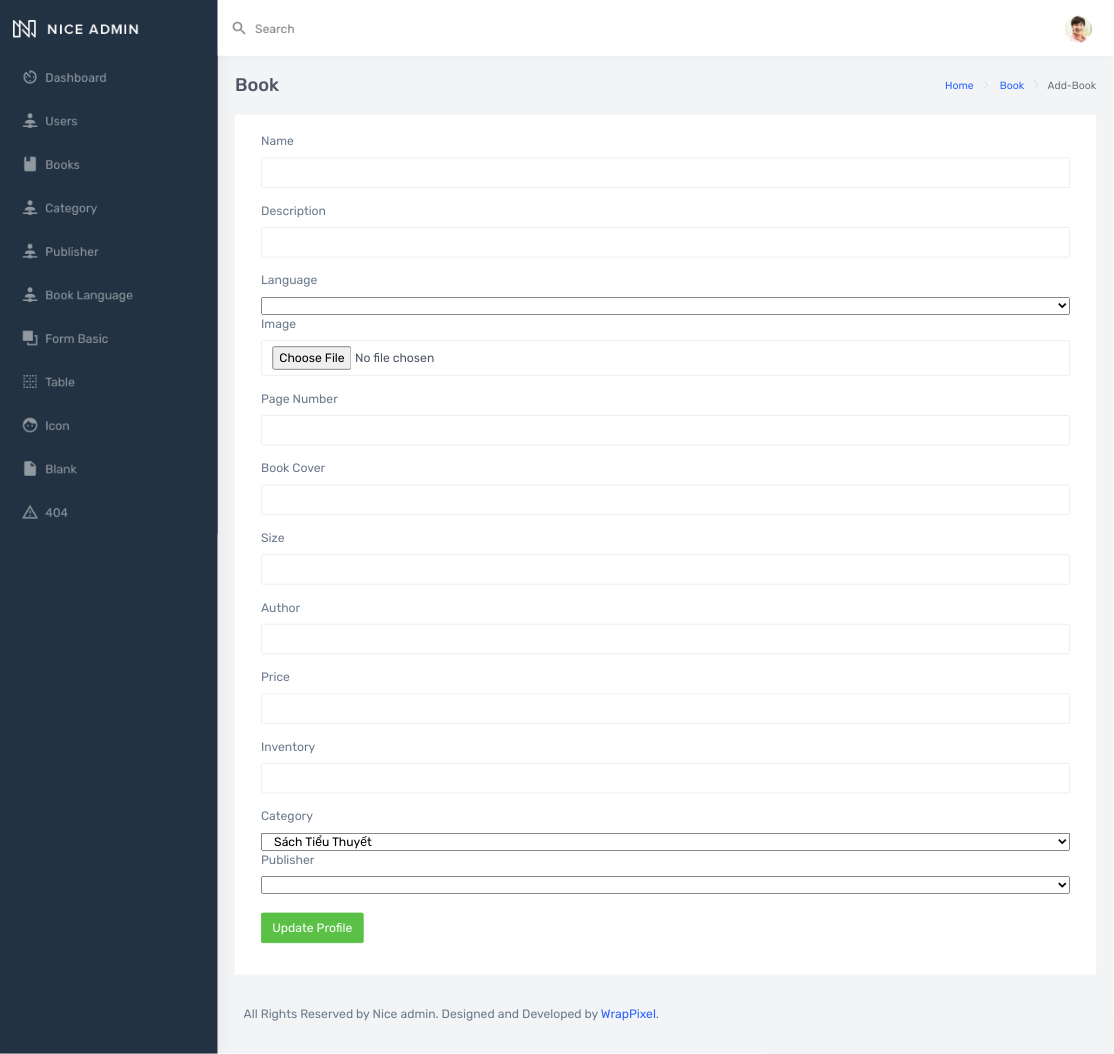
Repository: dev1xc/library-management-system
Page: http://localhost/admin/add-book
The author's editor kept a copy of each file at every save. The page is drawn from the files as they stood at one save, then again after the next save.
The browser window is 1280 px wide. The pictures show the whole page, at 87% of full size.
Some web fonts or font styles are not loaded; a fallback is used. The page is served by the project's Laravel application, run on PHP 8.4 with Laravel 10. The first stored user is signed in. Other server files are loaded and not shown. The database holds what the project's SQL file puts in it. Queries for data that is not in the repository find no rows.

Above is the page before, as saved 2024-02-08 03:08:10.
Console error: TypeError: Cannot read properties of null (reading 'querySelector')

### routes/web.php
<?php

use App\Http\Controllers\admin\BookController;
use App\Http\Controllers\admin\BookLanguageController;
use App\Http\Controllers\admin\CategoryController;
use App\Http\Controllers\admin\ProfileController;
use App\Http\Controllers\admin\PublisherController;
use App\Http\Controllers\admin\UserController;
use Illuminate\Support\Facades\Auth;
use Illuminate\Support\Facades\Route;

/*
|--------------------------------------------------------------------------
| Web Routes
|--------------------------------------------------------------------------
|
| Here is where you can register web routes for your application. These
| routes are loaded by the RouteServiceProvider and all of them will
| be assigned to the "web" middleware group. Make something great!
|
*/

Route::get('/', function () {
  return view('welcome');
});
Auth::routes();
Route::get('/home', [App\Http\Controllers\HomeController::class, 'index'])->name('home');
Route::get('logout', '\App\Http\Controllers\Auth\LoginController@logout');
Route::get('/admin/home', function () {
  return view('admin.functions.dashboard');
});
Route::get('/admin/dashboard', function () {
  return view('admin.functions.dashboard');
});
Route::prefix('admin')->group(function () {
  Route::get('category', [CategoryController::class, 'index']);
  Route::get('add-category', [CategoryController::class, 'add']);
  Route::post('add-category', [CategoryController::class, 'create']);
  Route::get('edit-category/{id}', [CategoryController::class, 'edit']);
  Route::post('edit-category/{id}', [CategoryController::class, 'update']);
  Route::get('delete-category/{id}', [CategoryController::class, 'delete']);
});
Route::prefix('admin')->group(function () {
  Route::get('profile', [ProfileController::class, 'index']);
  Route::post('profile', [ProfileController::class, 'edit']);
});
Route::prefix('admin')->group(function () {
  Route::get('user', [UserController::class, 'index']);
  Route::get('add-user', [UserController::class, 'add']);
  Route::post('add-user', [UserController::class, 'create']);
  Route::get('edit-user/{id}', [UserController::class, 'edit']);
  Route::post('edit-user/{id}', [UserController::class, 'update']);
  Route::get('delete-user/{id}', [UserController::class, 'delete']);
});
Route::prefix('admin')->group(function () {
  Route::get('book', [BookController::class, 'index']);
  Route::get('add-book', [BookController::class, 'add']);
  Route::post('add-book', [BookController::class, 'create']);
  Route::get('edit-book/{id}', [BookController::class, 'edit']);
  Route::post('edit-book/{id}', [BookController::class, 'update']);
  Route::get('delete-book/{id}', [BookController::class, 'delete']);
});
Route::prefix('admin')->group(function () {
  Route::get('publisher', [PublisherController::class, 'index']);
  Route::get('add-publisher', [PublisherController::class, 'add']);
  Route::post('add-publisher', [PublisherController::class, 'create']);
  Route::get('edit-publisher/{id}', [PublisherController::class, 'edit']);
  Route::post('edit-publisher/{id}', [PublisherController::class, 'update']);
  Route::get('delete-publisher/{id}', [PublisherController::class, 'delete']);
});
Route::prefix('admin')->group(function () {
  Route::get('book-language', [BookLanguageController::class, 'index']);
  Route::get('add-book-language', [BookLanguageController::class, 'add']);
  Route::post('add-book-language', [BookLanguageController::class, 'create']);
  Route::get('edit-book-language/{id}', [BookLanguageController::class, 'edit']);
  Route::post('edit-book-language/{id}', [BookLanguageController::class, 'update']);
  Route::get('delete-book-language/{id}', [BookLanguageController::class, 'delete']);
});

### app/Models/User.php
<?php

namespace App\Models;

// use Illuminate\Contracts\Auth\MustVerifyEmail;
use Illuminate\Database\Eloquent\Factories\HasFactory;
use Illuminate\Foundation\Auth\User as Authenticatable;
use Illuminate\Notifications\Notifiable;
use Laravel\Sanctum\HasApiTokens;

class User extends Authenticatable
{
  public $table = 'users';
  use HasApiTokens, HasFactory, Notifiable;

  /**
   * The attributes that are mass assignable.
   *
   * @var array<int, string>
   */
  protected $fillable = [
    'name',
    'email',
    'password',
    'phone',
    'gender',
    'country',
    'image',
    'level',
  ];

  /**
   * The attributes that should be hidden for serialization.
   *
   * @var array<int, string>
   */
  protected $hidden = [
    'password',
    'remember_token',
  ];

  /**
   * The attributes that should be cast.
   *
   * @var array<string, string>
   */
  protected $casts = [
    'email_verified_at' => 'datetime',
    'password' => 'hashed',
  ];
}

### app/Http/Controllers/admin/BookController.php
<?php

namespace App\Http\Controllers\admin;

use App\Http\Controllers\Controller;
use App\Models\Book;
use App\Models\BookLanguage;
use App\Models\Category;
use App\Models\Publisher;
use Illuminate\Http\Request;

class BookController extends Controller
{
  //
  public function __construct()
  {
    $this->middleware("auth");
  }
  public function index()
  {
    $data = Book::paginate(5);
    $dataCategory = Category::all();
    $dataPublisher = Publisher::all();
    return view("admin.functions.book.index", compact("data", "dataCategory", 'dataPublisher'));
  }
  public function add()
  {
    $dataCategory = Category::all();
    $dataPublisher = Publisher::all();
    $dataLanguage = BookLanguage::all();
    return view("admin.functions.book.add", compact("dataCategory", "dataPublisher","dataLanguage"));
  }
  public function create(Request $request)
  {
    $data = $request->all();
    $file = $request->image;
    if (!empty($file)) {
      $data['image'] = $file->getClientOriginalName();
    }
    if (Book::create($data)) {
      if (!empty($file)) {
        $file->move('upload/book/image', $file->getClientOriginalName());
      }
      return redirect('/admin/book')->with('success', 'Thanh Cong');
    } else {
      return back()->with("error", "Error");
    }
  }
  public function edit($id)
  {
    $data = Book::findOrFail($id);
    $dataCategory = Category::all();
    $dataPublisher = Publisher::all();
    $dataLanguage = BookLanguage::all();
    return view("admin.functions.book.edit", compact("data", "dataCategory", "dataPublisher","dataLanguage"));
  }
  public function update(Request $request, $id)
  {
    $data = $request->all();
    Book::findOrFail($id)->update($data);
    return back();
  }
  public function delete($id)
  {
    Book::findOrFail($id)->delete();
    return back();
  }
}

### app/Models/Category.php
<?php

namespace App\Models;

use Illuminate\Database\Eloquent\Factories\HasFactory;
use Illuminate\Database\Eloquent\Model;

class Category extends Model
{
  public $table = 'categories';
  use HasFactory;
  protected $fillable = [
    'name', 'description'
  ];
}

### app/Models/Publisher.php
<?php

namespace App\Models;

use Illuminate\Database\Eloquent\Factories\HasFactory;
use Illuminate\Database\Eloquent\Model;

class Publisher extends Model
{
  public $table = 'publishers';
  use HasFactory;
  protected $fillable = [
    'name', 'description'
  ];
}

### app/Models/BookLanguage.php
<?php

namespace App\Models;

use Illuminate\Database\Eloquent\Factories\HasFactory;
use Illuminate\Database\Eloquent\Model;

class BookLanguage extends Model
{
  public $table = "book_languages";
  use HasFactory;
  protected $fillable = [
    "name","description",
  ];
}

### resources/views/admin/functions/book/add.blade.php
@extends('admin.layouts.main')
@section('content')
  @if ($errors->any())
    <div style="color: red">
      <ul>
        @foreach ($errors->all() as $error)
          <li>{{ $error }}</li>
        @endforeach
      </ul>
    </div>
  @endif
  <div class="page-breadcrumb">
    <div class="row">
      <div class="col-5 align-self-center">
        <h4 class="page-title">Book</h4>
      </div>
      <div class="col-7 align-self-center">
        <div class="d-flex align-items-center justify-content-end">
          <nav aria-label="breadcrumb">
            <ol class="breadcrumb">
              <li class="breadcrumb-item">
                <a href="/admin/home">Home</a>
              </li>
              <li class="breadcrumb-item">
                <a href="/admin/book">Book</a>
              </li>
              <li class="breadcrumb-item active" aria-current="page">Add-Book</li>
            </ol>
          </nav>
        </div>
      </div>
    </div>
  </div>
  <!-- ============================================================== -->
  <!-- End Bread crumb and right sidebar toggle -->
  <!-- ============================================================== -->
  <!-- ============================================================== -->
  <!-- Container fluid  -->
  <!-- ============================================================== -->
  <div class="container-fluid">
    <!-- ============================================================== -->
    <!-- Start Page Content -->
    <!-- ============================================================== -->
    <!-- Row -->
    <div class="row">
      <!-- Column -->
      <!-- Column -->
      <!-- Column -->
      <div class="col-lg-12 col-xlg-9 col-md-7">
        <div class="card">
          <div class="card-body">
            <form class="form-horizontal form-material" method="post" enctype="multipart/form-data">
              @csrf
              <div class="form-group">
                <label class="col-md-12">Name</label>
                <div class="col-md-12">
                  <input type="text" value="" class="form-control form-control-line" name="name">
                </div>
              </div>
              <div class="form-group">
                <label for="example-email" class="col-md-12">Description</label>
                <div class="col-md-12">
                  <input type="text" value="" class="form-control form-control-line" name="description"
                    id="example-email">
                </div>
              </div>
              <div class="form-group">
                <label for="country" class="col-md-12">Language</label>
                <div class="col-md-12">
                  <select name="id_category" id="Category" class="col-12">
                    @foreach ($dataLanguage as $c)
                      <option value="{{ $c->id }}">{{ $c->name }}</option>
                    @endforeach
                  </select>
                </div>
              <div class="form-group">
                <label for="example-email" class="col-md-12">Image</label>
                <div class="col-md-12">
                  <input type="file" value="" class="form-control form-control-line" name="image"
                    id="example-email">
                </div>
              </div>
              <div class="form-group">
                <label for="example-email" class="col-md-12">Page Number</label>
                <div class="col-md-12">
                  <input type="text" value="" class="form-control form-control-line" name="page"
                    id="example-email">
                </div>
              </div>
              <div class="form-group">
                <label for="example-email" class="col-md-12">Book Cover</label>
                <div class="col-md-12">
                  <input type="text" value="" class="form-control form-control-line" name="book_cover"
                    id="example-email">
                </div>
              </div>
              <div class="form-group">
                <label for="example-email" class="col-md-12">Size</label>
                <div class="col-md-12">
                  <input type="text" value="" class="form-control form-control-line" name="size"
                    id="example-email">
                </div>
              </div>

              <div class="form-group">
                <label for="password" class="col-md-12">Author</label>
                <div class="col-md-12">
                  <input type="text" value="" class="form-control form-control-line" name="author"
                    id="password">
                </div>
              </div>
              <div class="form-group">
                <label for="phone" class="col-md-12">Price</label>
                <div class="col-md-12">
                  <input type="text" value="" class="form-control form-control-line" name="price"
                    id="phone">
                </div>
              </div>
              <div class="form-group">
                <label for="phone" class="col-md-12">Inventory</label>
                <div class="col-md-12">
                  <input type="text" value="" class="form-control form-control-line" name="inventory"
                    id="phone">
                </div>
              </div>
              <div class="form-group">
                <label for="country" class="col-md-12">Category</label>
                <div class="col-md-12">
                  <select name="id_category" id="Category" class="col-12">
                    @foreach ($dataCategory as $c)
                      <option value="{{ $c->id }}">{{ $c->title }}</option>
                    @endforeach
                  </select>
                </div>
                <div class="form-group">
                  <label for="country" class="col-md-12">Publisher</label>
                  <div class="col-md-12">
                    <select name="id_publisher" id="Category" class="col-12">
                      @foreach ($dataPublisher as $c)
                        <option value="{{ $c->id }}">{{ $c->name }}</option>
                      @endforeach
                    </select>
                  </div>
                  <br>
                  <div class="form-group">
                    <div class="col-sm-12">
                      <button class="btn btn-success" type="submit">Update Profile</button>
                    </div>
                  </div>

            </form>
          </div>
        </div>
      </div>
      <!-- Column -->
    </div>
    <!-- Row -->
    <!-- ============================================================== -->
    <!-- End PAge Content -->
    <!-- ============================================================== -->
    <!-- ============================================================== -->
    <!-- Right sidebar -->
    <!-- ============================================================== -->
    <!-- .right-sidebar -->
    <!-- ============================================================== -->
    <!-- End Right sidebar -->
    <!-- ============================================================== -->
  </div>
@endsection

### resources/views/admin/layouts/left-sidebar.blade.php
<aside class="left-sidebar" data-sidebarbg="skin5">
    <!-- Sidebar scroll-->
    <div class="scroll-sidebar">
        <!-- Sidebar navigation-->
        <nav class="sidebar-nav">
            <ul id="sidebarnav">
                <li class="sidebar-item">
                    <a class="sidebar-link waves-effect waves-dark sidebar-link" href="/admin/dashboard" aria-expanded="false">
                        <i class="mdi mdi-av-timer"></i>
                        <span class="hide-menu">Dashboard</span>
                    </a>
                </li>
                <li class="sidebar-item">
                    <a class="sidebar-link waves-effect waves-dark sidebar-link" href="/admin/user" aria-expanded="false">
                        <i class="mdi mdi-account-network"></i>
                        <span class="hide-menu">Users</span>
                    </a>
                </li>
                <li class="sidebar-item">
                    <a class="sidebar-link waves-effect waves-dark sidebar-link" href="/admin/book" aria-expanded="false">
                        <i class="mdi mdi-book"></i>
                        <span class="hide-menu">Books</span>
                    </a>
                </li>
                <li class="sidebar-item">
                    <a class="sidebar-link waves-effect waves-dark sidebar-link" href="/admin/category" aria-expanded="false">
                        <i class="mdi mdi-account-network"></i>
                        <span class="hide-menu">Category</span>
                    </a>
                </li>
                <li class="sidebar-item">
                    <a class="sidebar-link waves-effect waves-dark sidebar-link" href="/admin/publisher" aria-expanded="false">
                        <i class="mdi mdi-account-network"></i>
                        <span class="hide-menu">Publisher</span>
                    </a>
                </li>
                <li class="sidebar-item">
                    <a class="sidebar-link waves-effect waves-dark sidebar-link" href="/admin/book-language" aria-expanded="false">
                        <i class="mdi mdi-account-network"></i>
                        <span class="hide-menu">Book Language</span>
                    </a>
                </li>
                 <li class="sidebar-item">
                    <a class="sidebar-link waves-effect waves-dark sidebar-link" href="form-basic.html" aria-expanded="false">
                        <i class="mdi mdi-arrange-bring-forward"></i>
                        <span class="hide-menu">Form Basic</span>
                    </a>
                </li>
                <li class="sidebar-item">
                    <a class="sidebar-link waves-effect waves-dark sidebar-link" href="table-basic.html" aria-expanded="false">
                        <i class="mdi mdi-border-none"></i>
                        <span class="hide-menu">Table</span>
                    </a>
                </li>
                <li class="sidebar-item">
                    <a class="sidebar-link waves-effect waves-dark sidebar-link" href="icon-material.html" aria-expanded="false">
                        <i class="mdi mdi-face"></i>
                        <span class="hide-menu">Icon</span>
                    </a>
                </li>
                <li class="sidebar-item">
                    <a class="sidebar-link waves-effect waves-dark sidebar-link" href="starter-kit.html" aria-expanded="false">
                        <i class="mdi mdi-file"></i>
                        <span class="hide-menu">Blank</span>
                    </a>
                </li>
                <li class="sidebar-item">
                    <a class="sidebar-link waves-effect waves-dark sidebar-link" href="error-404.html" aria-expanded="false">
                        <i class="mdi mdi-alert-outline"></i>
                        <span class="hide-menu">404</span>
                    </a>
                </li>
            </ul>
        </nav>
        <!-- End Sidebar navigation -->
    </div>
    <!-- End Sidebar scroll-->
</aside>

### resources/views/admin/layouts/footer.blade.php
<footer class="footer text-center">
    All Rights Reserved by Nice admin. Designed and Developed by
    <a href="https://wrappixel.com">WrapPixel</a>.
</footer>

### library-management.sql (the tables this page reads)
CREATE TABLE `categories` (
  `id` bigint(20) UNSIGNED NOT NULL,
  `title` varchar(255) DEFAULT NULL,
  `description` text DEFAULT NULL,
  `created_at` timestamp NULL DEFAULT NULL,
  `updated_at` timestamp NULL DEFAULT NULL
) ENGINE=InnoDB DEFAULT CHARSET=utf8mb4 COLLATE=utf8mb4_unicode_ci;

INSERT INTO `categories` (`id`, `title`, `description`, `created_at`, `updated_at`) VALUES
(13, 'Sách Tiểu Thuyết', 'Tiểu Thuyết v..v', '2024-02-07 08:00:49', '2024-02-07 08:00:49'),
(14, 'Sách Tin Học', 'Sách Tin Học', '2024-02-07 08:01:00', '2024-02-07 08:01:00');

ALTER TABLE `categories`
  ADD PRIMARY KEY (`id`);

ALTER TABLE `categories`
  MODIFY `id` bigint(20) UNSIGNED NOT NULL AUTO_INCREMENT, AUTO_INCREMENT=15;

CREATE TABLE `users` (
  `id` bigint(20) UNSIGNED NOT NULL,
  `name` varchar(255) NOT NULL,
  `phone` varchar(255) DEFAULT NULL,
  `email` varchar(255) NOT NULL,
  `country` varchar(255) DEFAULT NULL,
  `gender` varchar(255) DEFAULT NULL,
  `email_verified_at` timestamp NULL DEFAULT NULL,
  `password` varchar(255) NOT NULL,
  `image` varchar(255) DEFAULT NULL,
  `remember_token` varchar(100) DEFAULT NULL,
  `created_at` timestamp NULL DEFAULT NULL,
  `updated_at` timestamp NULL DEFAULT NULL,
  `level` int(11) NOT NULL DEFAULT 0
) ENGINE=InnoDB DEFAULT CHARSET=utf8mb4 COLLATE=utf8mb4_unicode_ci;

INSERT INTO `users` (`id`, `name`, `phone`, `email`, `country`, `gender`, `email_verified_at`, `password`, `image`, `remember_token`, `created_at`, `updated_at`, `level`) VALUES
(1, 'Trương Nguyễn Thanh Lâm', '0904403743', 'admin@gmail.com', 'Da Nang', 'nu', NULL, '$2y$12$KEoY4oOsIl19kUZ.U0HwK.pU4DsNFOdwaVM7gICE2ZAepkY1fqJcW', '1.jpg', NULL, '2024-02-07 07:01:16', '2024-02-07 07:49:14', 1),
(2, 'Nguyễn Văn A', '0904403742', 'nva@gmail.com', 'Vietnam', 'nam', NULL, '$2y$12$Qo9tYOP9zJjpW.97XJ22DuLfXohGrsMfYcu03JkrsQkkHARwdEntG', '1.jpg', NULL, '2024-02-07 08:14:37', '2024-02-07 08:14:37', 0);

ALTER TABLE `users`
  ADD PRIMARY KEY (`id`),
  ADD UNIQUE KEY `users_email_unique` (`email`);

ALTER TABLE `users`
  MODIFY `id` bigint(20) UNSIGNED NOT NULL AUTO_INCREMENT, AUTO_INCREMENT=4;

Loaded but not shown: app/Providers/AppServiceProvider.php (common file); app/Http/Controllers/Auth/ConfirmPasswordController.php (common file); app/Http/Controllers/Controller.php (common file); public/admin/assets/libs/chartist/dist/chartist.min.css (library); public/admin/dist/css/style.min.css (library); public/admin/dist/css/style.css (library); public/admin/assets/libs/jquery/dist/jquery.min.js (library); public/admin/assets/libs/popper.js/dist/umd/popper.min.js (library); public/admin/assets/libs/bootstrap/dist/js/bootstrap.min.js (library); public/admin/assets/extra-libs/sparkline/sparkline.js (library); public/admin/dist/js/waves.js (library); public/admin/dist/js/custom.min.js (common file); public/admin/assets/libs/chartist/dist/chartist.min.js (library); public/admin/assets/libs/chartist-plugin-tooltips/dist/chartist-plugin-tooltip.min.js (library); public/admin/dist/css/icons/themify-icons/themify-icons.css (common file); public/admin/dist/css/icons/material-design-iconic-font/css/materialdesignicons.min.css (library); public/admin/dist/css/icons/weather-icons/css/weather-icons.min.css (library); public/admin/dist/js/sidebarmenu.js (60 lines, source omitted); public/admin/dist/js/pages/dashboards/dashboard1.js (61 lines, source omitted); resources/views/admin/layouts/header.blade.php (90 lines, source omitted); resources/views/admin/layouts/main.blade.php (104 lines, source omitted)

After the next save:
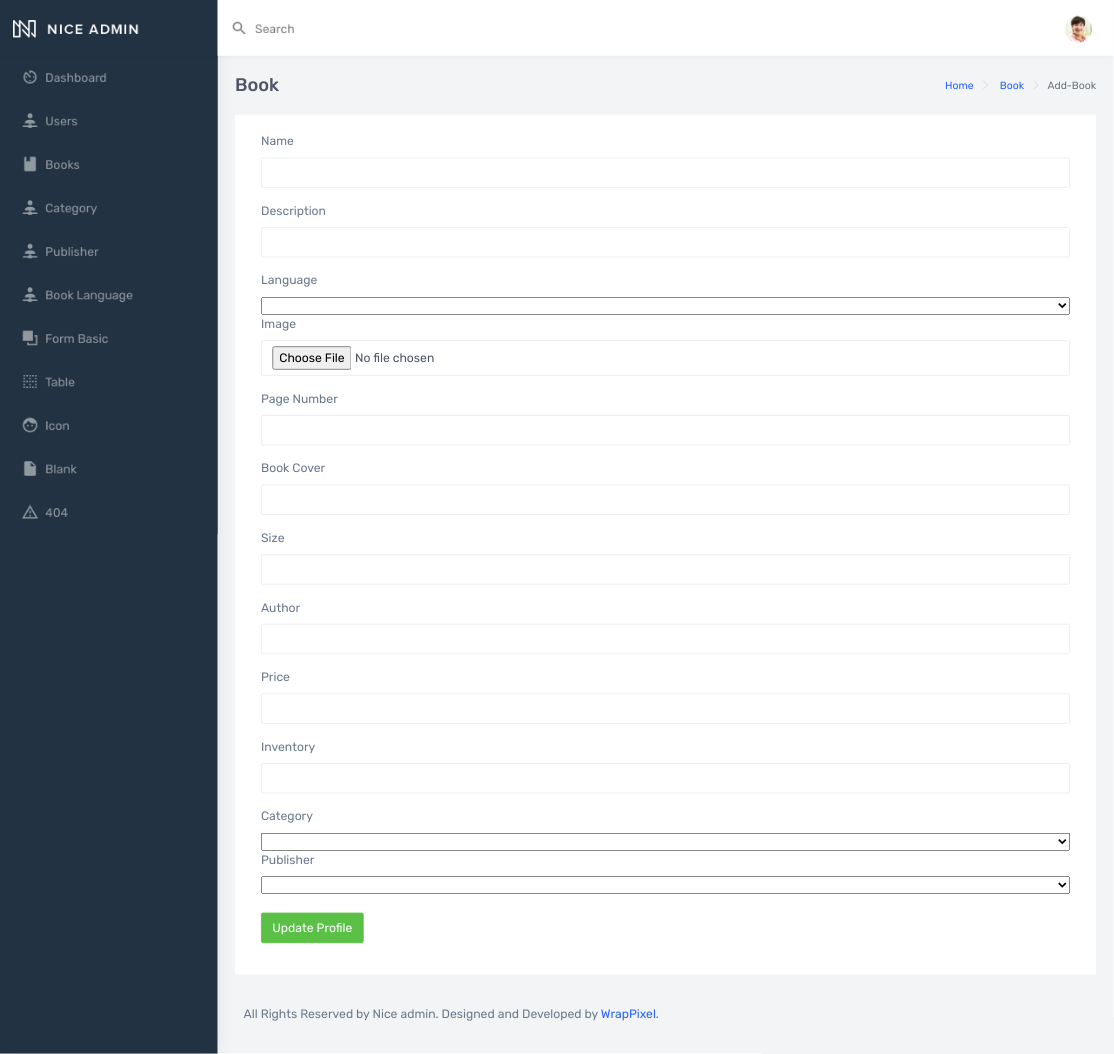
Saved 22 s later.
--- a/resources/views/admin/functions/book/add.blade.php
+++ b/resources/views/admin/functions/book/add.blade.php
@@ -128,7 +128,7 @@
                 <div class="col-md-12">
                   <select name="id_category" id="Category" class="col-12">
                     @foreach ($dataCategory as $c)
-                      <option value="{{ $c->id }}">{{ $c->title }}</option>
+                      <option value="{{ $c->id }}">{{ $c->name }}</option>
                     @endforeach
                   </select>
                 </div>
